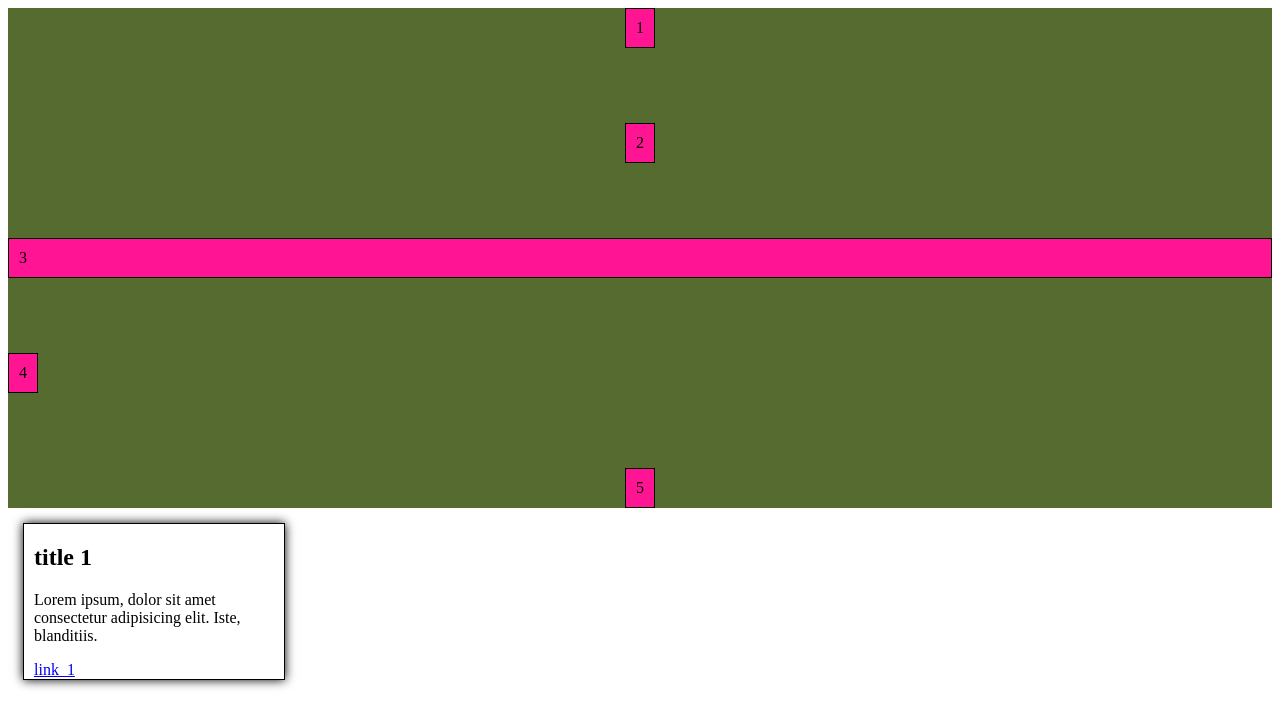
Repository: RustamNazarov98/demo
Page: index.html
The author's editor kept a copy of each file at every save. The page is drawn from the files as they stood at one save, then again after the next save.
The browser window is 1280 px wide. The pictures show the whole page.

Above is the page before, as saved 2022-04-06 18:30:34.

### index.html
<!DOCTYPE html>
<html lang="en">
<head>
    <meta charset="UTF-8">
    <meta http-equiv="X-UA-Compatible" content="IE=edge">
    <meta name="viewport" content="width=device-width, initial-scale=1.0">
    <link rel="stylesheet" href="./style.css">
    <title>Document</title>
</head>
<body>
    <!-- flexbox -->
    <div class="flexbox">
        <div>1</div>
        <div>2</div>
        <div>3</div>
        <div>4</div>
        <div>5</div>
    </div>


    <!-- cards -->
    <div class="cards">
        <div class="card">
            <h2>title 1</h2>
            <p>Lorem ipsum, dolor sit amet consectetur adipisicing elit. Iste, blanditiis.</p>
            <a href="#">link_1</a>
        </div>
    </div>
</body>
</html>

### style.css
/* flexbox */

.flexbox{
    display: flex;
    flex-direction: column;
    justify-content: space-between;
    align-items:center;
    background-color: darkolivegreen;
    height: 500px;
}
.flexbox > div {
    border: 1px solid black;
    padding: 10px;
    background-color: deeppink;
}
.flexbox > div:nth-child(3) {
    align-self: stretch;
}

.flexbox > div:nth-child(4) {
    align-self: flex-start;
}


/* cards */

.cards {
    display: flex;
    margin: 15px;
}
.card {
    width: 250px;
    border: 1px solid black;
    box-shadow: 0 0 10px 0 black;
    padding-left: 10px;
}

After the next save:
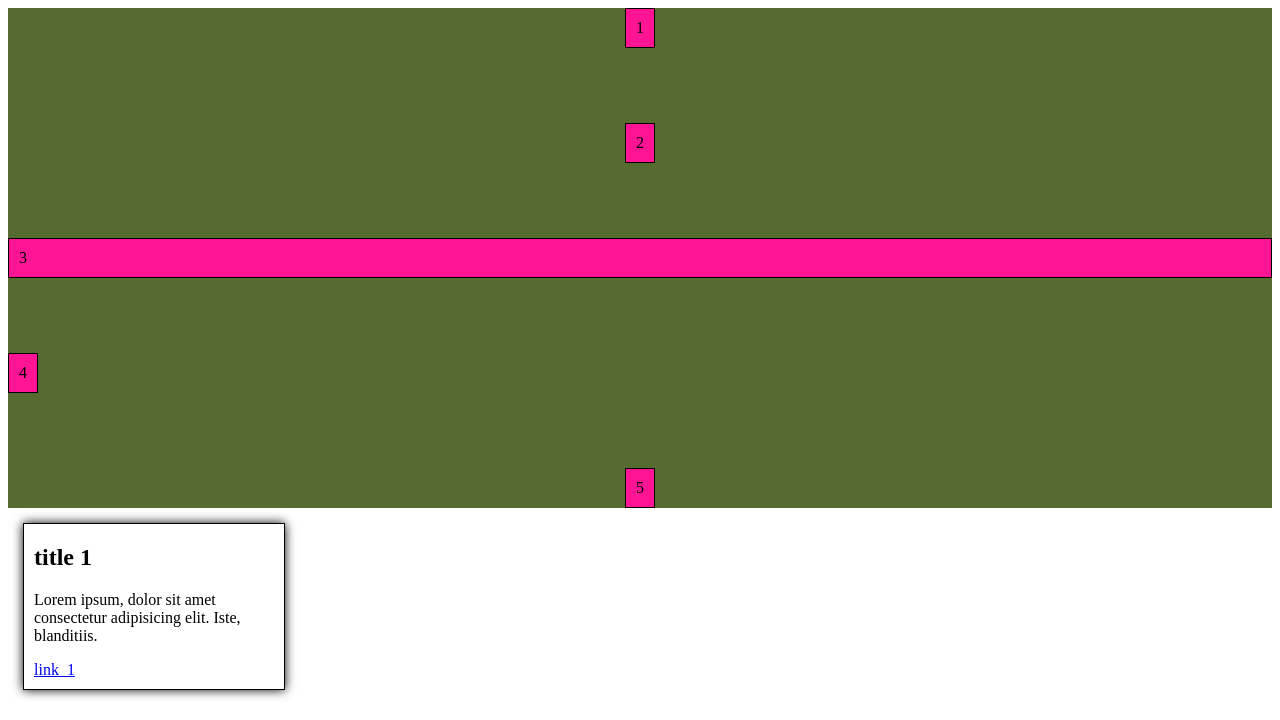
Saved 45 s later.
--- a/style.css
+++ b/style.css
@@ -32,5 +32,6 @@
     width: 250px;
     border: 1px solid black;
     box-shadow: 0 0 10px 0 black;
-    padding-left: 10px;
+    padding: 0 0 10px 10px;
+
 }
